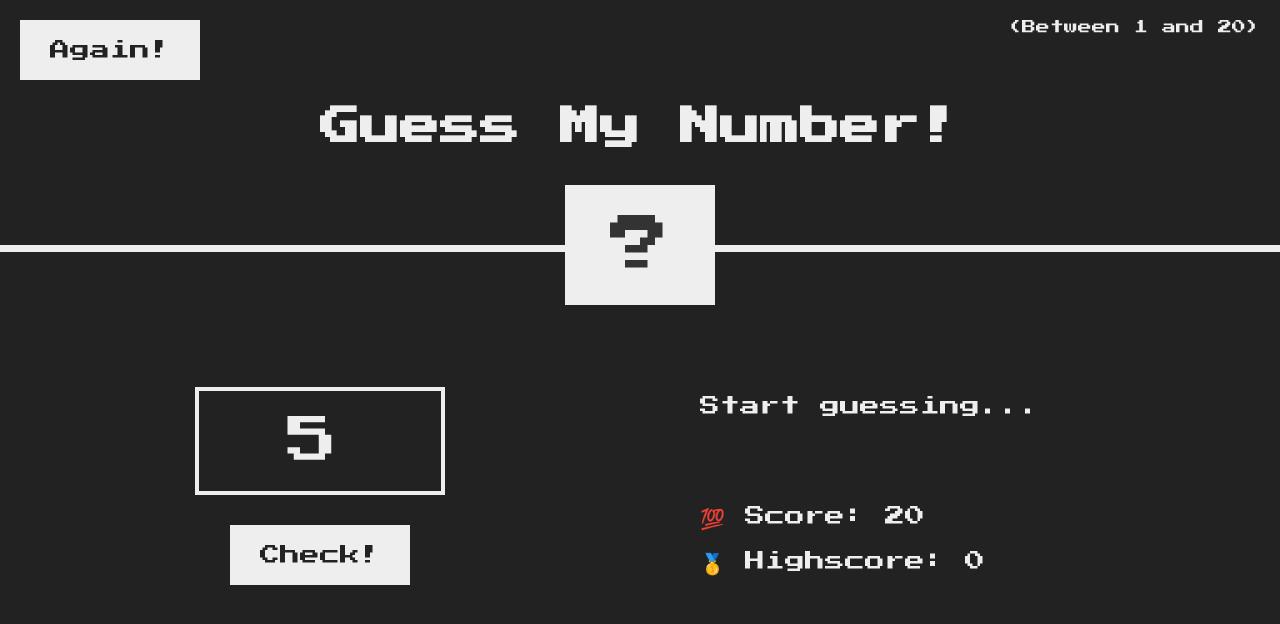
Repository: zeinawady/Jonas-Js-Course-Projects
Page: Guess Game/index.html
These files come from the project's save history. The page is drawn as it stood at one moment and after a run of saves; the edit follows.
The browser window is 1280 px wide. The pictures show the whole page.
Empty fields were first filled with sample values (such as "Sample", 5 or name@example.com).
After loading, the first visible `button.btn` was clicked once.

Above is the page before, as saved 2024-11-22 03:33:42.
Console error: ReferenceError: message is not defined

After the next 3 saves:
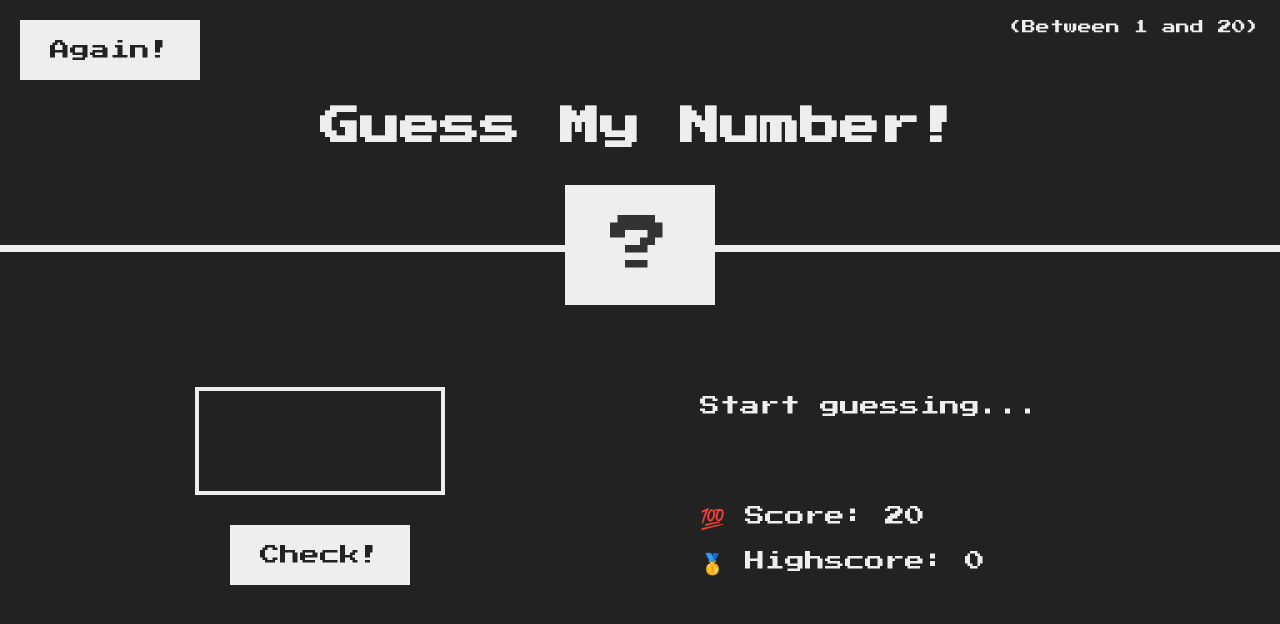
The error is gone.
The 3 saves are shown as one change because they came seconds apart.
The last was saved 11 min 46 s later.
--- a/Guess Game/script.js
+++ b/Guess Game/script.js
@@ -56,7 +56,7 @@ againBtn.addEventListener('click', function(){
     score=20;
     scoreBox.textContent=score;
     randSecretNum=Math.ceil(Math.random() * 20) + 1;
-    message.textContent='Start guessing...';
+    displayMessage('Start guessing...');
     guessBox.value=null;
     body.style.backgroundColor='#222';
     numberBox.textContent='?';
